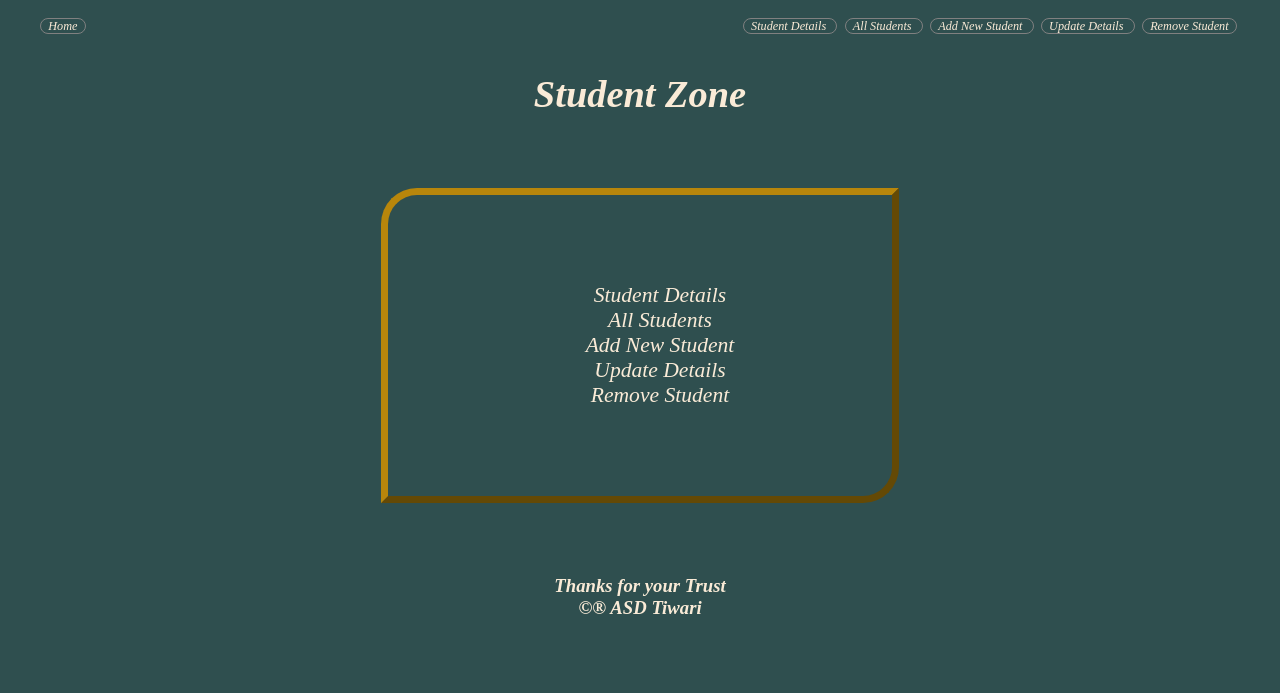
Repository: asdtiwari/Practice
Page: http://localhost/index
These files come from the project's save history. The page is drawn as it stood at one moment and after the next save; the edit follows.
The browser window is 1280 px wide. The pictures show the whole page.
The page is this project's Thymeleaf template; nobody is signed in. The template is opened directly, without the code that normally fills it, so the values that code supplies are empty.

Above is the page before, as saved 2023-11-17 12:15:24.

After the next save:
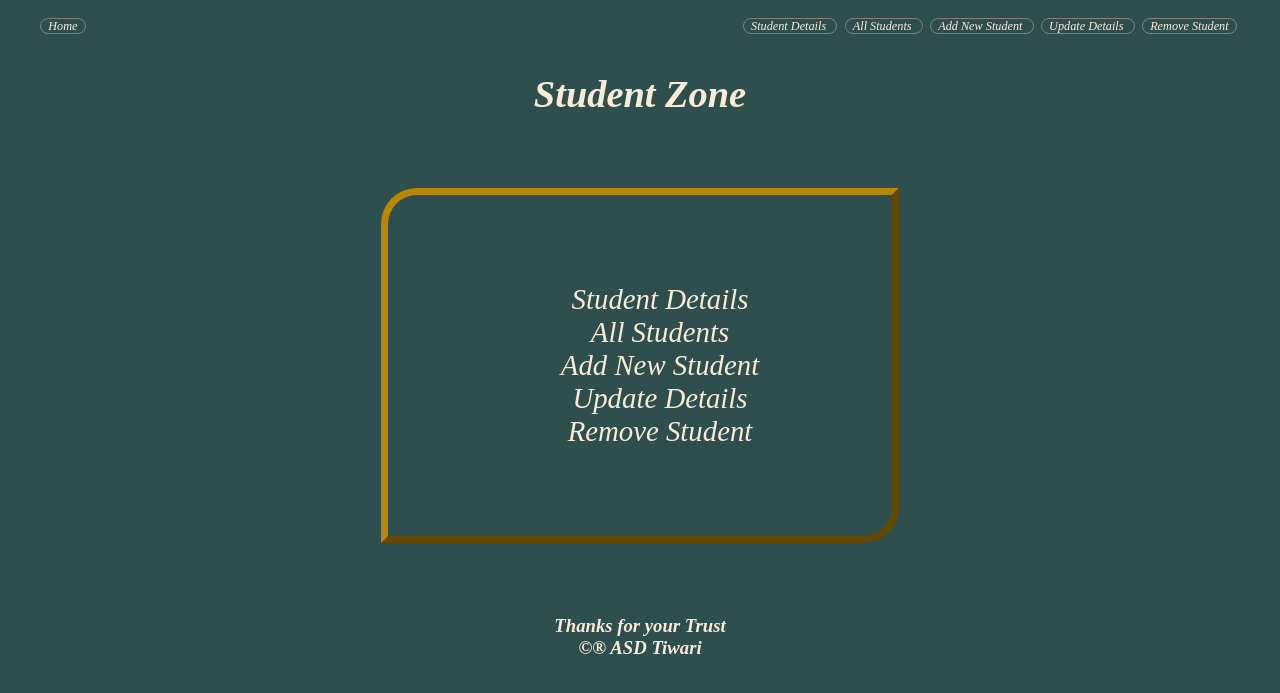
Saved 14 s later.
--- a/DiwaliProjectSTS/studentZone/src/main/resources/templates/index.html
+++ b/DiwaliProjectSTS/studentZone/src/main/resources/templates/index.html
@@ -81,7 +81,7 @@
             }
 
             .menu{
-                font-size: 3vh;
+                font-size: 4vh;
 			}
 
             .menu:hover{
